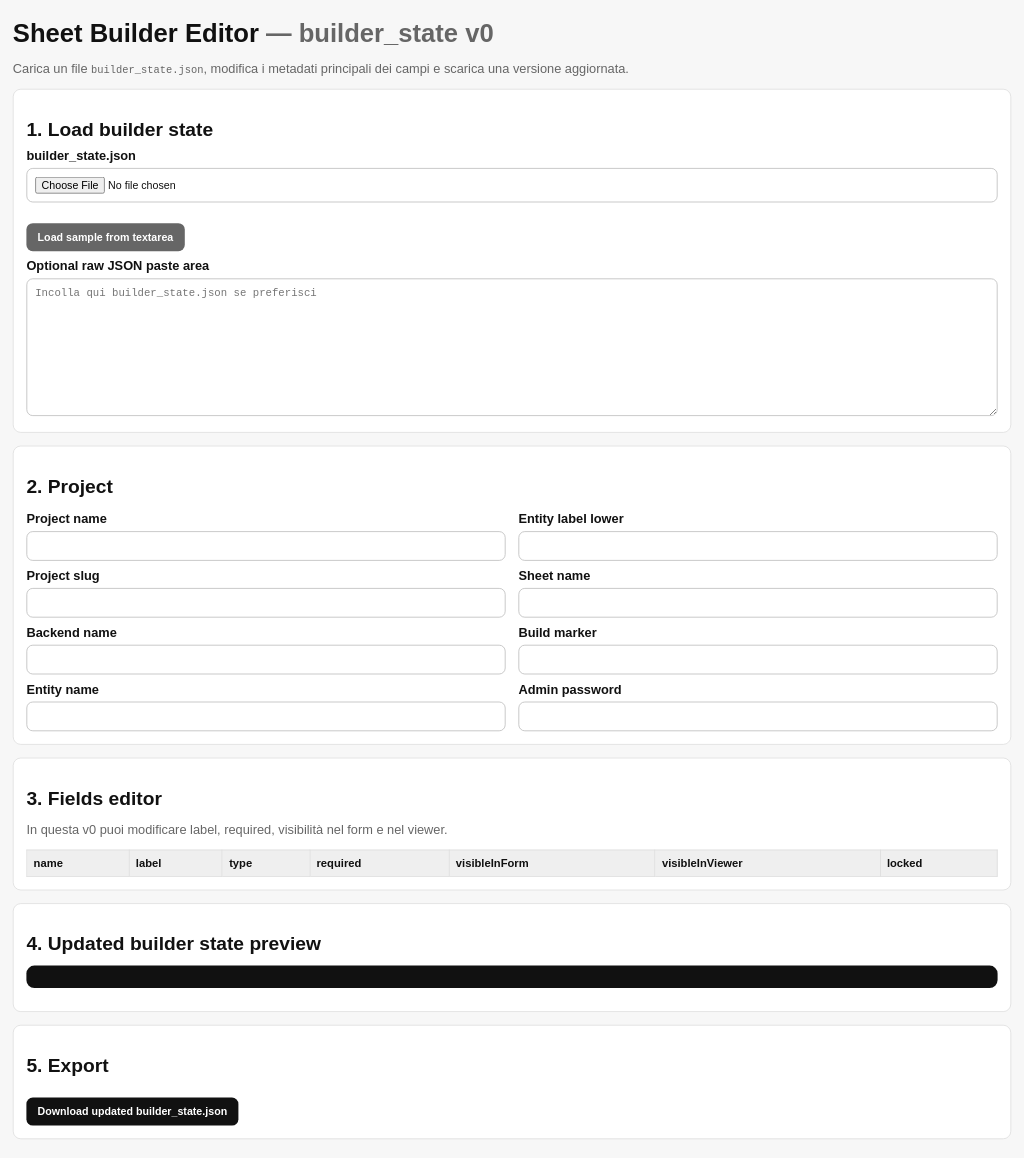
Repository: progettazionemauro/sheets.builder
Page: docs/builder.html
An editor plug-in stored every save of this project. The page is shown before and after the next save, followed by the edit.
The browser window is 1280 px wide. The pictures show the whole page, at 80% of full size.

Above is the page before, as saved 2026-04-13 10:08:01.

After the next save:
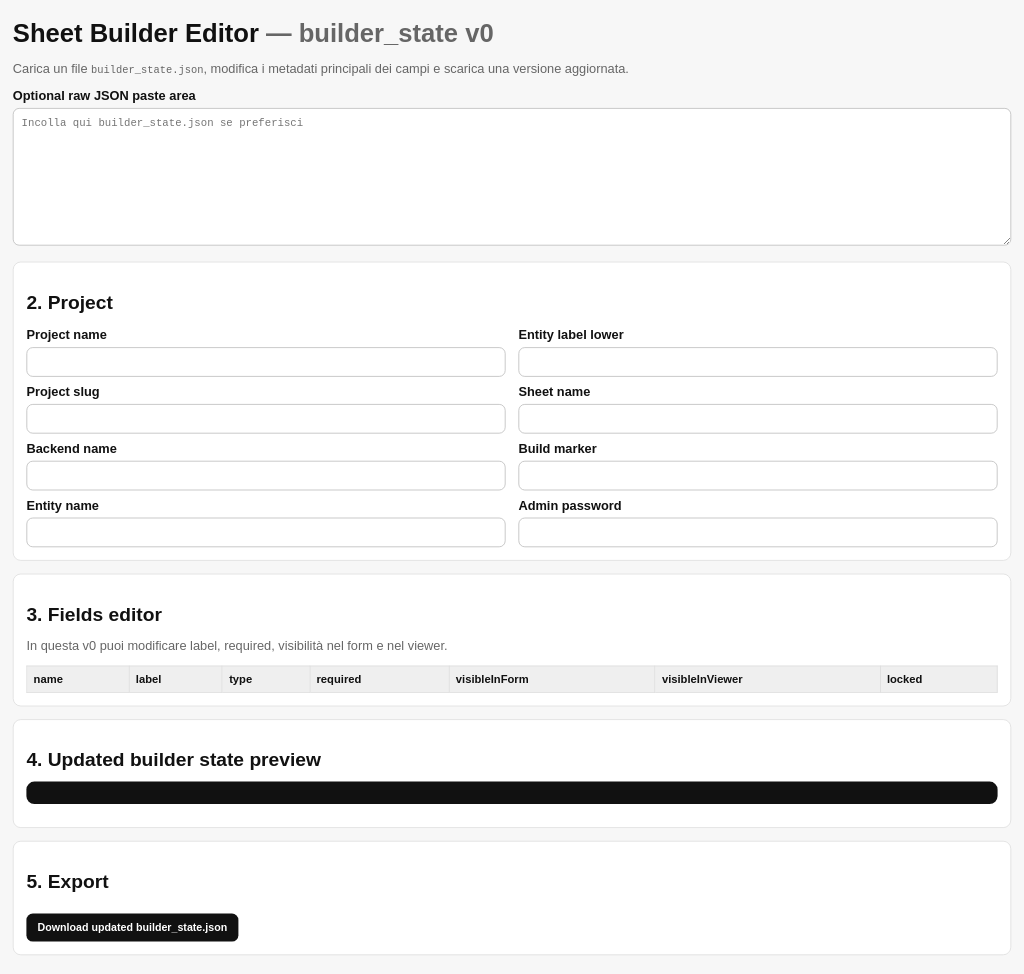
Console error: TypeError: Cannot read properties of null (reading 'addEventListener')
Saved 9 h 12 min later.
--- a/docs/builder.html
+++ b/docs/builder.html
@@ -136,16 +136,7 @@
     Carica un file <code>builder_state.json</code>, modifica i metadati principali dei campi e scarica una versione aggiornata.
   </p>
 
-  <div class="card">
-    <h2>1. Load builder state</h2>
-
-    <label for="fileInput">builder_state.json</label>
-    <input id="fileInput" type="file" accept=".json,application/json" />
-
-    <div class="actions">
-      <button id="loadSampleBtn" type="button" class="secondary">Load sample from textarea</button>
-      <span id="loadStatus" class="muted"></span>
-    </div>
+
 
     <label for="rawJsonInput">Optional raw JSON paste area</label>
     <textarea id="rawJsonInput" rows="10" placeholder='Incolla qui builder_state.json se preferisci'></textarea>

After the save that followed:
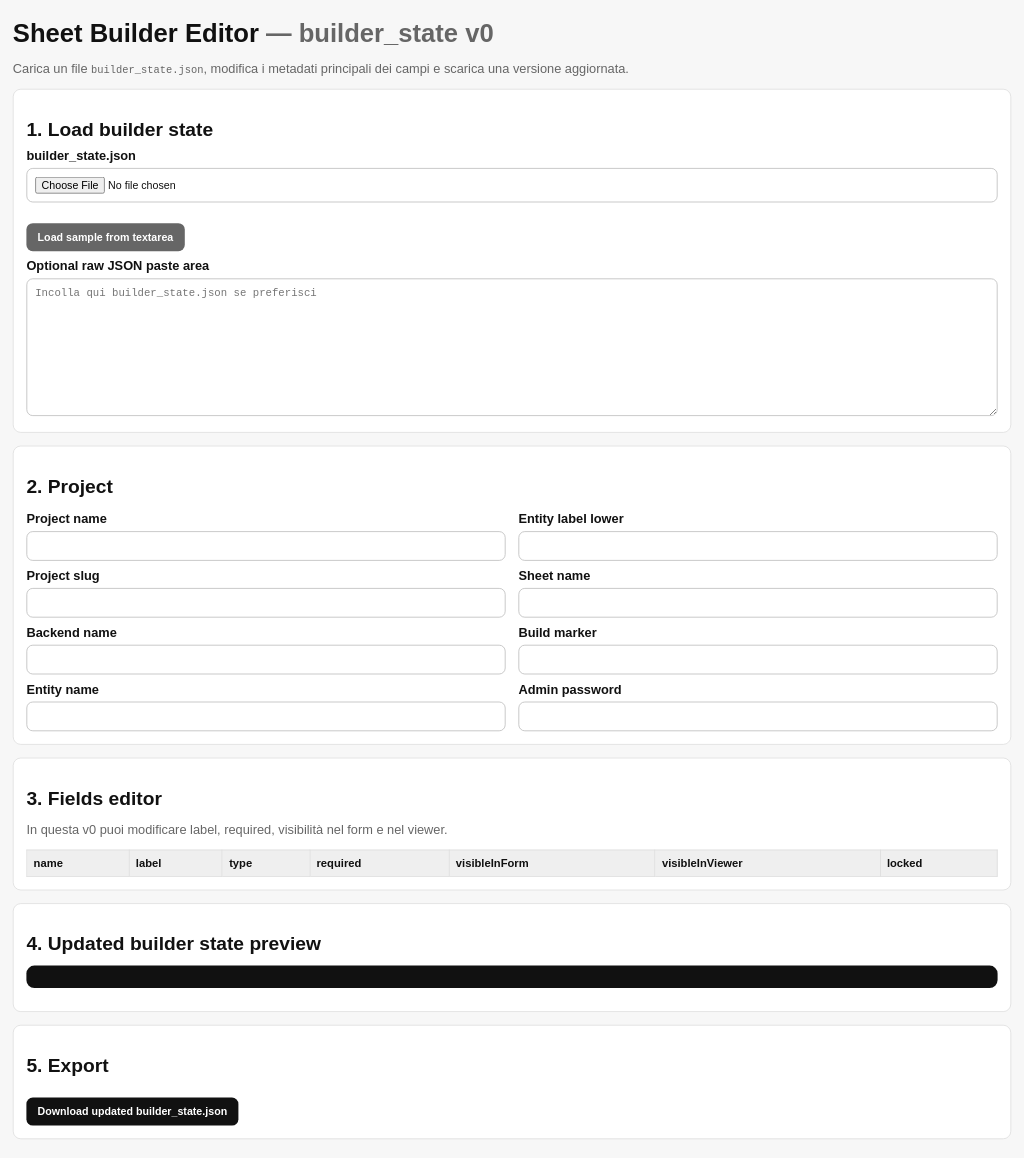
The error is gone.
Saved 16 s later.
--- a/docs/builder.html
+++ b/docs/builder.html
@@ -136,7 +136,16 @@
     Carica un file <code>builder_state.json</code>, modifica i metadati principali dei campi e scarica una versione aggiornata.
   </p>
 
-
+  <div class="card">
+    <h2>1. Load builder state</h2>
+
+    <label for="fileInput">builder_state.json</label>
+    <input id="fileInput" type="file" accept=".json,application/json" />
+
+    <div class="actions">
+      <button id="loadSampleBtn" type="button" class="secondary">Load sample from textarea</button>
+      <span id="loadStatus" class="muted"></span>
+    </div>
 
     <label for="rawJsonInput">Optional raw JSON paste area</label>
     <textarea id="rawJsonInput" rows="10" placeholder='Incolla qui builder_state.json se preferisci'></textarea>
